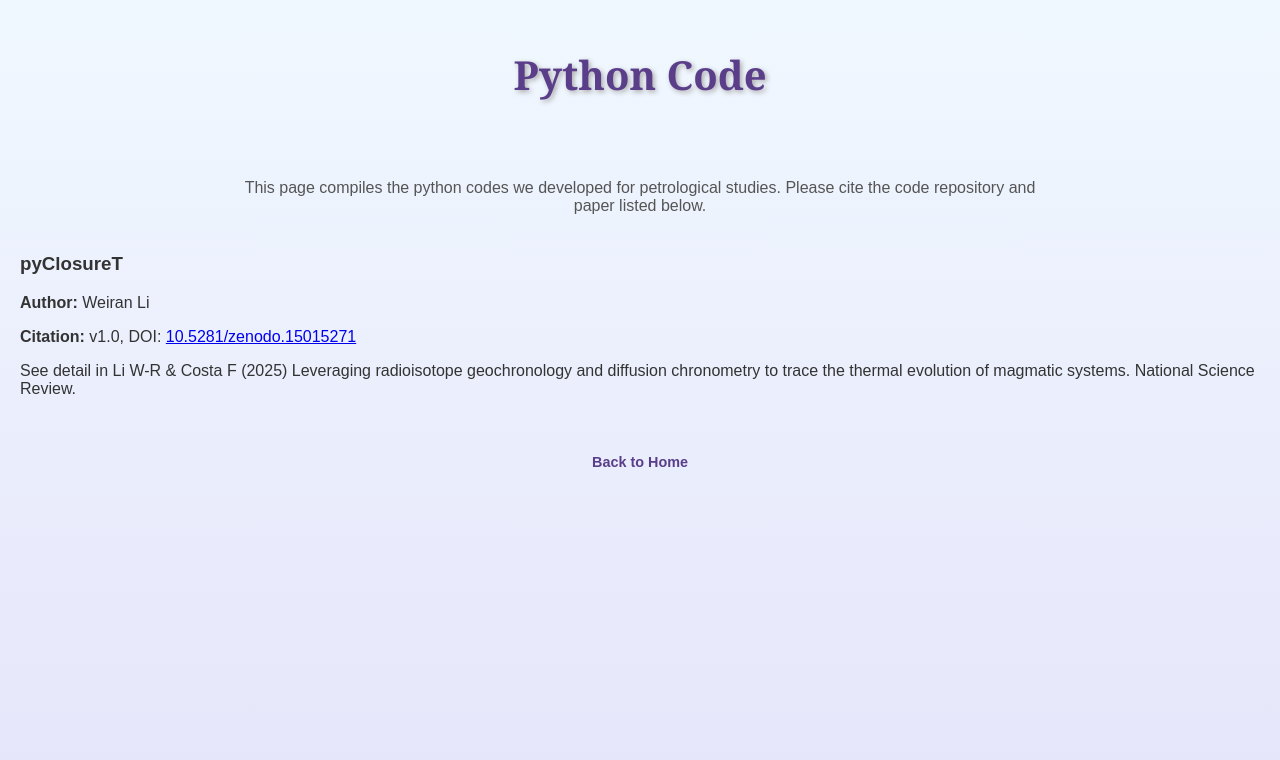
Repository: Abyss2019/home_page
Page: python-code/index.html
These files come from the project's save history. The page is drawn as it stood at one moment and after a run of saves; the edit follows.
The browser window is 1280 px wide. The pictures show the whole page.

Above is the page before, as saved 2025-04-06 10:11:44.

### python-code/index.html
<!DOCTYPE html>
<html lang="en">
<head>
  <meta charset="UTF-8">
  <meta name="viewport" content="width=device-width, initial-scale=1.0">
  <title>Python Code - VROCKLAB</title>
  <style>
    body {
      font-family: Arial, sans-serif;
      margin: 0;
      padding: 0;
      background: linear-gradient(to bottom, #f0f8ff, #e6e6fa);
      color: #333;
      display: flex;
      flex-direction: column;
      align-items: center;
      padding: 20px;
      min-height: 100vh;
    }

    header {
      text-align: center;
      margin-bottom: 30px;
    }

    header h1 {
      font-size: 2.5em;
      font-family: 'Georgia', serif;
      text-shadow: 2px 2px 5px #aaa;
      color: #5a3e8a;
    }

    header h2 {
      font-size: 1.2em;
      margin-top: 5px;
      color: #555;
    }

    .intro, .content {
      font-size: 1em;
      margin: 20px 0;
      text-align: center;
      color: #555;
      max-width: 800px;
    }

    .content h3 {
      font-size: 1.5em;
      color: #4682b4;
      margin-bottom: 10px;
    }

    .content p {
      margin: 10px 0;
    }

    footer {
      margin-top: 40px;
      font-size: 0.9em;
      color: #666;
      text-align: center;
    }

    footer a {
      color: #5a3e8a;
      text-decoration: none;
      font-weight: bold;
    }

    footer a:hover {
      text-decoration: underline;
    }
  </style>
</head>
<body>
  <header>
    <h1>Python Code</h1>
    <!-- <h2>Compiled Python Codes for Petrological Studies</h2> -->
  </header>

  <div class="intro">
    This page compiles the python codes we developed for petrological studies. Please cite the code repository and paper listed below.
  </div>


  <div class="citation-container">
  <div class="citation-card">
    <h3>pyClosureT</h3>
    <p><strong>Author:</strong> Weiran Li</p>
    <p><strong>Citation:</strong> v1.0, DOI: <a href="https://doi.org/10.5281/zenodo.15015271" target="_blank">10.5281/zenodo.15015271</a></p>
    <p>See detail in Li W-R &amp; Costa F (2025) Leveraging radioisotope geochronology and diffusion chronometry to trace the thermal evolution of magmatic systems. National Science Review.</p>
  </div>
  <!-- 以后可以在这里添加更多引用卡片 -->
  <!--
  <div class="citation-card">
    <h3>其他引用标题</h3>
    <p><strong>Author:</strong> ...</p>
    <p><strong>Citation:</strong> ...</p>
    <p>...</p>
  </div>
  -->
  </div>

  <footer>
    <a href="https://vrocklab.hku.hk/">Back to Home</a>
  </footer>
</body>
</html>

After the next 2 saves:
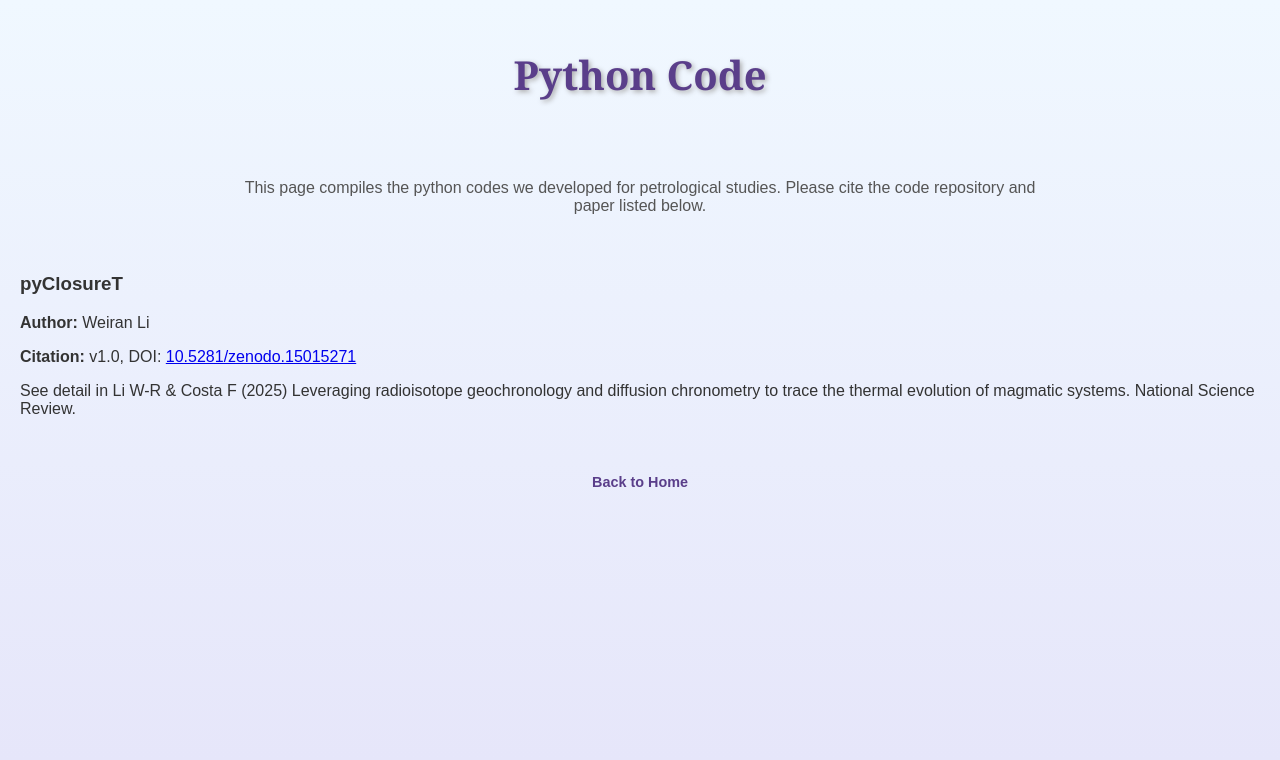
The 2 saves are shown as one change because they came seconds apart.
The last was saved 26 s later.
--- a/python-code/index.html
+++ b/python-code/index.html
@@ -54,6 +54,14 @@
       margin: 10px 0;
     }
 
+    .citation-container {
+      display: flex;
+      flex-direction: column;
+      align-items: center;
+      margin-top: 20px;
+      width: 100%;
+    }
+
     footer {
       margin-top: 40px;
       font-size: 0.9em;
